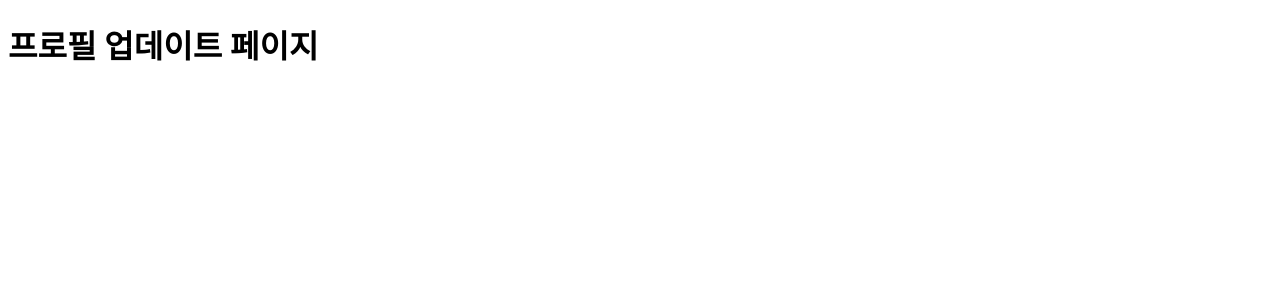
Repository: juneyj114/jspblog
Page: http://localhost/blog/user/userProfileForm.jsp
The author's editor kept a copy of each file at every save. The page is drawn from the files as they stood at one save, then again after the next save.
The browser window is 1280 px wide. The pictures show the whole page.
The page is served by Tomcat 9.

Above is the page before, as saved 2019-11-12 03:22:17.

After the next save:
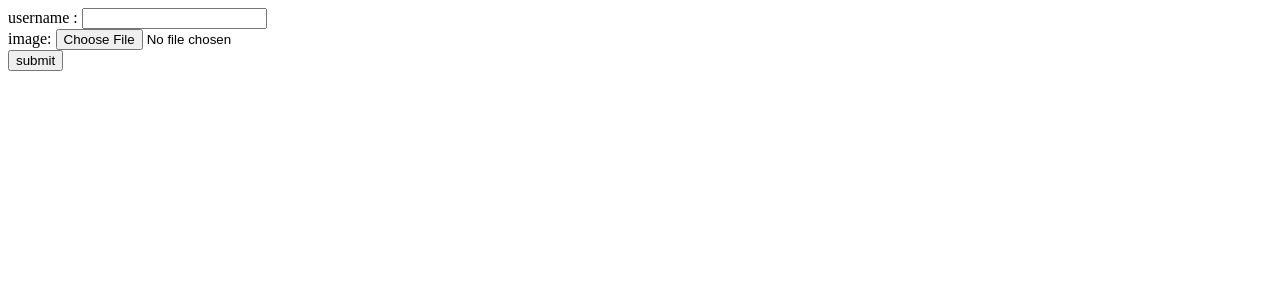
Saved 56 s later.
--- a/blog/WebContent/user/userProfileForm.jsp
+++ b/blog/WebContent/user/userProfileForm.jsp
@@ -7,6 +7,40 @@
 <title>Insert title here</title>
 </head>
 <body>
-	<h1>프로필 업데이트 페이지</h1>
+	<div id="ImageContainer">
+      <form
+        action="uploadAction.jsp"
+        method="POST"
+        enctype="multipart/form-data"
+      >
+        username : <input type="text" name="username" /><br />
+        image:
+        <input
+          type="file"
+          name="userProfile"
+          id="img__input"
+        /><br />
+        <input type="submit" value="submit" />
+      </form>
+    </div>
+    <script>
+    const imagePath = document.querySelector("#img__input");
+    imagePath.addEventListener("change", event => {
+      const f = event.target.files[0];
+      const reader = new FileReader();
+      reader.onload = e => {
+        const {
+          target: { result }
+        } = e;
+        console.log(result.length);
+        const imageContainer = document.querySelector("#ImageContainer");
+        const image = document.createElement("IMG");
+        image.setAttribute("src", result);
+        imageContainer.append(image);
+      };
+      reader.readAsDataURL(f);
+    });
+    </script>
+
 </body>
 </html>
